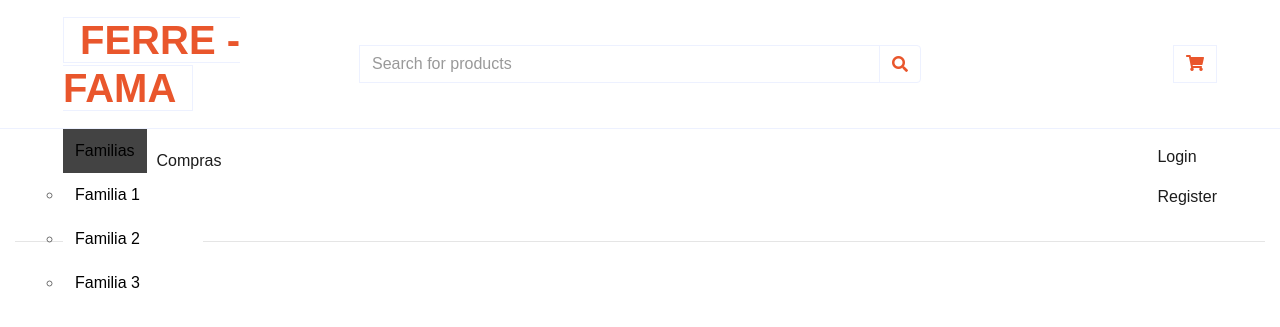
Repository: Yaqode/front-fama
Page: Views/header_admin.html
The author's editor kept a copy of each file at every save. The page is drawn from the files as they stood at one save, then again after a run of saves.
The browser window is 1280 px wide. The pictures show the whole page.
The pointer rests on the first visible `.nav li a`.
Some web libraries are served in a nearby version.

Above is the page before, as saved 2023-12-19 10:50:55.

### Views/header_admin.html
<!DOCTYPE html>
<html lang="en">

<head>
    <meta charset="utf-8">
    <title>EShopper - Bootstrap Shop Template</title>
    <meta content="width=device-width, initial-scale=1.0" name="viewport">
    <meta content="Free HTML Templates" name="keywords">
    <meta content="Free HTML Templates" name="description">

    <!-- Favicon -->
    <link href="img/favicon.ico" rel="icon">

    <!-- Google Web Fonts -->
    <link rel="preconnect" href="https://fonts.gstatic.com">
    <link href="https://fonts.googleapis.com/css2?family=Poppins:wght@100;200;300;400;500;600;700;800;900&display=swap"
        rel="stylesheet">

    <!-- Font Awesome -->
    <link href="https://cdnjs.cloudflare.com/ajax/libs/font-awesome/5.10.0/css/all.min.css" rel="stylesheet">

    <!-- Libraries Stylesheet -->
    <link href="lib/owlcarousel/assets/owl.carousel.min.css" rel="stylesheet">
    <link href="https://stackpath.bootstrapcdn.com/bootstrap/4.5.2/css/bootstrap.min.css" rel="stylesheet">

    <!-- Customized Bootstrap Stylesheet -->
    <link href="./../css/style_header.css" rel="stylesheet">
</head>

<style>
    * {
        margin: 0;
        padding: 0;
        box-sizing: border-box;
    }

    body {
        font-family: Arial, Helvetica, sans-serif;
    }

    .nav {
        list-style: none;
    }

    .nav>li {
        float: left;
        position: relative;
    }

    .nav li a {
        background-color: #ffffff;
        color: #000000;
        text-decoration: none;
        padding: 10px 12px;
        display: block;
    }

    .nav li a:hover {
        background-color: #434343;
    }

    .nav li ul {
        display: none;
        position: absolute;
        min-width: 140px;
        top: 100%;
        left: 0;
    }

    .nav li ul li {
        position: relative;
    }

    .nav li ul li ul {
        left: 100%;
        top: 0;
    }

    .nav li:hover>ul {
        display: block;
    }

    .nav li ul li:hover>ul {
        display: block;
        left: 100%;
        top: 0;
    }

    body {
        font-family: 'Arial', sans-serif;
        margin: 0;
        padding: 0;
    }

    .navbar {
        background-color: #f8f9fa;
        padding: 10px 20px;
    }

    .navbar a {
        text-decoration: none;
        color: #000;
        padding: 8px 16px;
        display: inline-block;
    }

    .dropdown {
        display: inline-block;
        position: relative;
    }

    .dropdown-content {
        display: none;
        position: absolute;
        background-color: #f8f9fa;
        box-shadow: 0 8px 16px rgba(0, 0, 0, 0.1);
        z-index: 1;
    }

    .dropdown:hover .dropdown-content {
        display: block;
    }

    .dropdown-content a {
        color: #000;
        padding: 12px 16px;
        display: block;
    }

    .dropdown-content a:hover {
        background-color: #ddd;
    }
</style>

<body>
    <!-- Topbar Start -->
    <div class="container-fluid">

        <div class="row align-items-center py-3 px-xl-5">
            <div class="col-lg-3 d-none d-lg-block">
                <a href="" class="text-decoration-none">
                    <h1 class="m-0 display-5 font-weight-semi-bold"><span
                            class="text-primary font-weight-bold border px-3 mr-1">FERRE - FAMA</span></h1>
                </a>
            </div>
            <div class="col-lg-6 col-6 text-left">
                <form action="">
                    <div class="input-group">
                        <input type="text" class="form-control" placeholder="Search for products">
                        <div class="input-group-append">
                            <span class="input-group-text bg-transparent text-primary">
                                <i class="fa fa-search"></i>
                            </span>
                        </div>
                    </div>
                </form>
            </div>
            <div class="col-lg-3 col-6 text-right">
                <a href="" class="btn border">
                    <i class="fas fa-shopping-cart text-primary"></i>
                </a>
            </div>
        </div>
    </div>
    <!-- Topbar End -->


    <!-- Navbar Start -->
    <div class="container-fluid mb-5">
        <div class="row border-top px-xl-5">
            <div class="col-lg-9">
                <nav class="navbar navbar-expand-lg bg-light navbar-light py-3 py-lg-0 px-0">
                    <a href="" class="text-decoration-none d-block d-lg-none">
                        <h1 class="m-0 display-5 font-weight-semi-bold"><span
                                class="text-primary font-weight-bold border px-3 mr-1">E</span>Shopper</h1>
                    </a>
                    <button type="button" class="navbar-toggler" data-toggle="collapse" data-target="#navbarCollapse">
                        <span class="navbar-toggler-icon"></span>
                    </button>
                    <div class="collapse navbar-collapse justify-content-between" id="navbarCollapse">
                        <div class="navbar-nav mr-auto py-0">
                            <!-- Dropdown Start -->
                            <div class="nav-item dropdown">
                                    <ul class="nav">
                                        <li><a href="#">Familias</a>
                                            <ul>
                                                <li><a href="#">Familia 1</a>
                                                    <ul>
                                                        <li><a href="#">Categoria 1</a>
                                                            <ul>
                                                                <li><a href="#">Subcategoria 1</a></li>
                                                                <li><a href="#">Subcategoria 2</a></li>
                                                                <li><a href="#">Subcategoria 3</a></li>
                                                            </ul>
                                                        </li>
                                                        <li><a href="#">Categoria 2</a>
                                                            <ul>
                                                                <li><a href="#">Subcategoria 1</a></li>
                                                                <li><a href="#">Subcategoria 2</a></li>
                                                                <li><a href="#">Subcategoria 3</a></li>
                                                            </ul>
                                                        </li>
                                                    </ul>
                                                </li>
                                                <li><a href="#">Familia 2</a>
                                                    <ul>
                                                        <li><a href="#">Categoria 1</a>
                                                            <ul>
                                                                <li><a href="#">Subcategoria 1</a></li>
                                                                <li><a href="#">Subcategoria 2</a></li>
                                                                <li><a href="#">Subcategoria 3</a></li>
                                                            </ul>
                                                        </li>
                                                        <li><a href="#">Categoria 2</a>
                                                            <ul>
                                                                <li><a href="#">Subcategoria 1</a></li>
                                                                <li><a href="#">Subcategoria 2</a></li>
                                                                <li><a href="#">Subcategoria 3</a></li>
                                                            </ul>
                                                        </li>
                                                    </ul>
                                                </li>
                                                <li><a href="#">Familia 3</a>
                                                    <ul>
                                                        <li><a href="#">Categoria 1</a>
                                                            <ul>
                                                                <li><a href="#">Subcategoria 1</a></li>
                                                                <li><a href="#">Subcategoria 2</a></li>
                                                                <li><a href="#">Subcategoria 3</a></li>
                                                            </ul>
                                                        </li>
                                                        <li><a href="#">Categoria 2</a>
                                                            <ul>
                                                                <li><a href="#">Subcategoria 1</a></li>
                                                                <li><a href="#">Subcategoria 2</a></li>
                                                                <li><a href="#">Subcategoria 3</a></li>
                                                            </ul>
                                                        </li>
                                                    </ul>
                                                </li>
                                            </ul>
                                        </li>
                                    </ul>

                            </div>
                            <a href="#" class="nav-item nav-link">Compras</a>
                        </div>
                </nav>
            </div>
            <div class="col-lg-3 d-flex justify-content-end align-items-center">
                <div class="navbar-nav ml-2 py-2">
                    <a href="#" class="nav-item nav-link text-dark">Login</a>
                    <a href="#" class="nav-item nav-link text-dark">Register</a>
                </div>
            </div>
        </div>
        <hr class="my-8">
    </div>
    <!-- Navbar End -->



    <!-- Back to Top -->
    <a href="#" class="btn btn-primary back-to-top"><i class="fa fa-angle-double-up"></i></a>


    <!-- JavaScript Libraries -->

    <script src="https://code.jquery.com/jquery-3.4.1.min.js"></script>
    <!-- Agrega los scripts de Bootstrap (Bootstrap 5) -->
    <script src="https://cdn.jsdelivr.net/npm/bootstrap@5.3.0/dist/js/bootstrap.bundle.min.js"></script>
    <script src="./../js/funciones_js/header_admin.js"> </script>
    <script src="lib/easing/easing.min.js"></script>
    <script src="lib/owlcarousel/owl.carousel.min.js"></script>
    <!-- Contact Javascript File -->
    <script src="mail/jqBootstrapValidation.min.js"></script>

</body>

</html>

### js/funciones_js/header_admin.js
function mostrarOpciones(id, parent) {
    // Mostrar las opciones al pasar el ratón sobre el contenedor
    var opciones = document.getElementById(id);
    opciones.style.display = "block";

    // Si hay un elemento padre, ajustar la posición del menú anidado
    if (parent) {
      var rect = parent.getBoundingClientRect();
      opciones.style.left = rect.left + rect.width + "px";
      opciones.style.top = rect.top + "px";
    }
  }

  function ocultarOpciones(id) {
    // Ocultar las opciones al salir del contenedor
    document.getElementById(id).style.display = "none";
  }

  function seleccionarOpcion(opcion) {
    // Realizar acciones con la opción seleccionada
    console.log("Seleccionaste: " + opcion);
    // Puedes agregar más acciones según tus necesidades
  }

  function seleccionarOpcionAnidada(opcion) {
    // Realizar acciones con la opción anidada seleccionada
    console.log("Seleccionaste anidada: " + opcion);
    // Puedes agregar más acciones según tus necesidades
  }

Loaded but not shown: css/owl.carousel.min.css (library); css/style_header.css (library); js/owl.carousel.min.js (library)

After the next 3 saves:
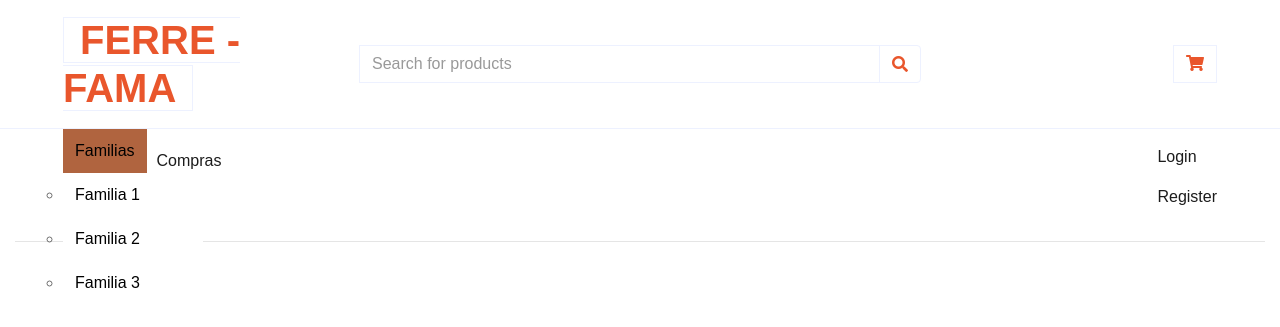
The 3 saves are shown as one change because they came seconds apart.
The last was saved 19 s later.
--- a/Views/header_admin.html
+++ b/Views/header_admin.html
@@ -56,7 +56,7 @@
     }
 
     .nav li a:hover {
-        background-color: #434343;
+        background-color: #b0643f;
     }
 
     .nav li ul {
